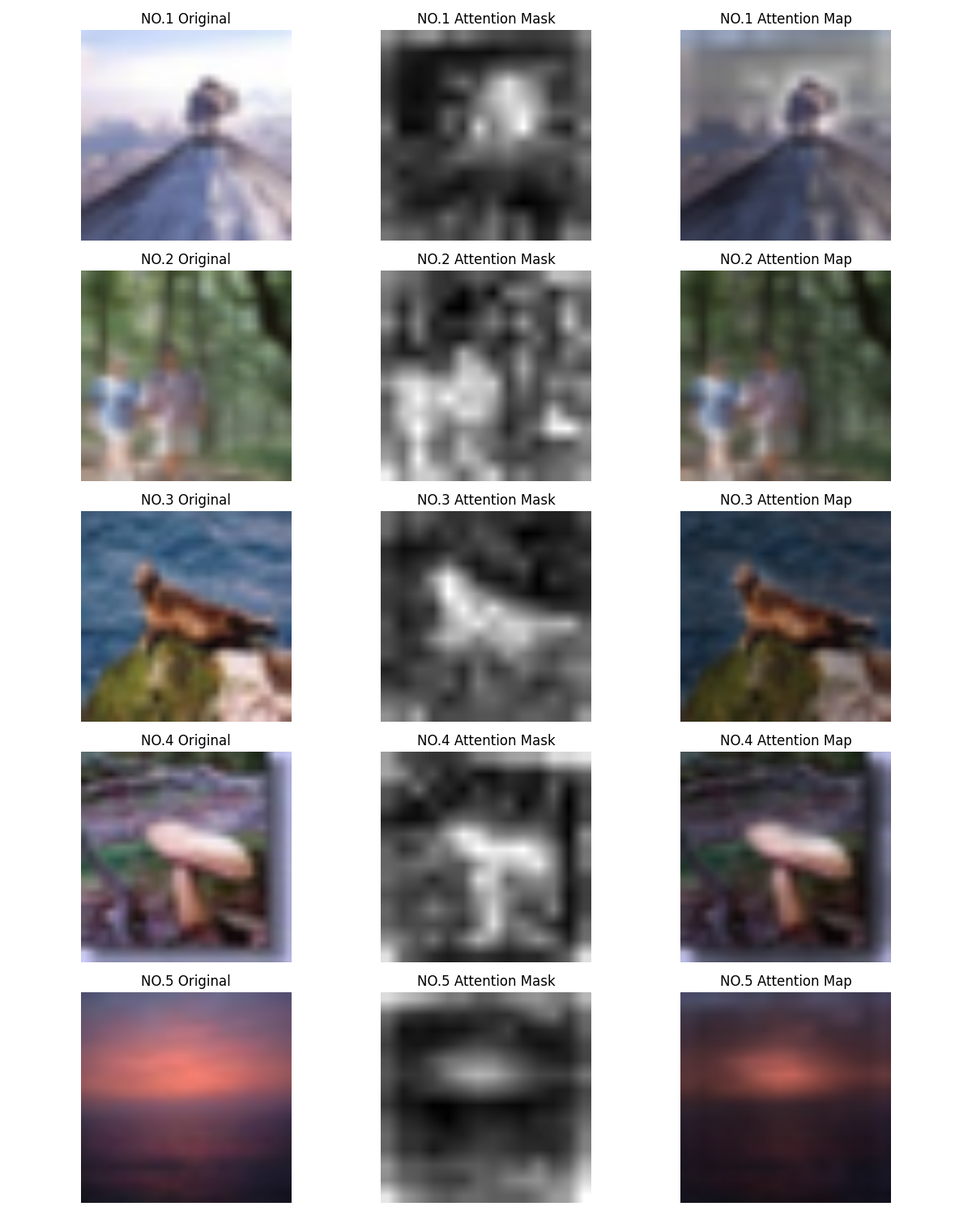
Repository: ginnux/vit
Script's output: python figure/visual.py
The author's editor kept a copy of each file at every save. The script's output is drawn from the files as they stood at one save, then again after the next save.
The pictures are shown at 81% of full size.
Random numbers start from a fixed seed. It also reads figure/visualize.pkl.

Above is the script's output before, as saved 2024-06-24 22:39:29.

After the next save:
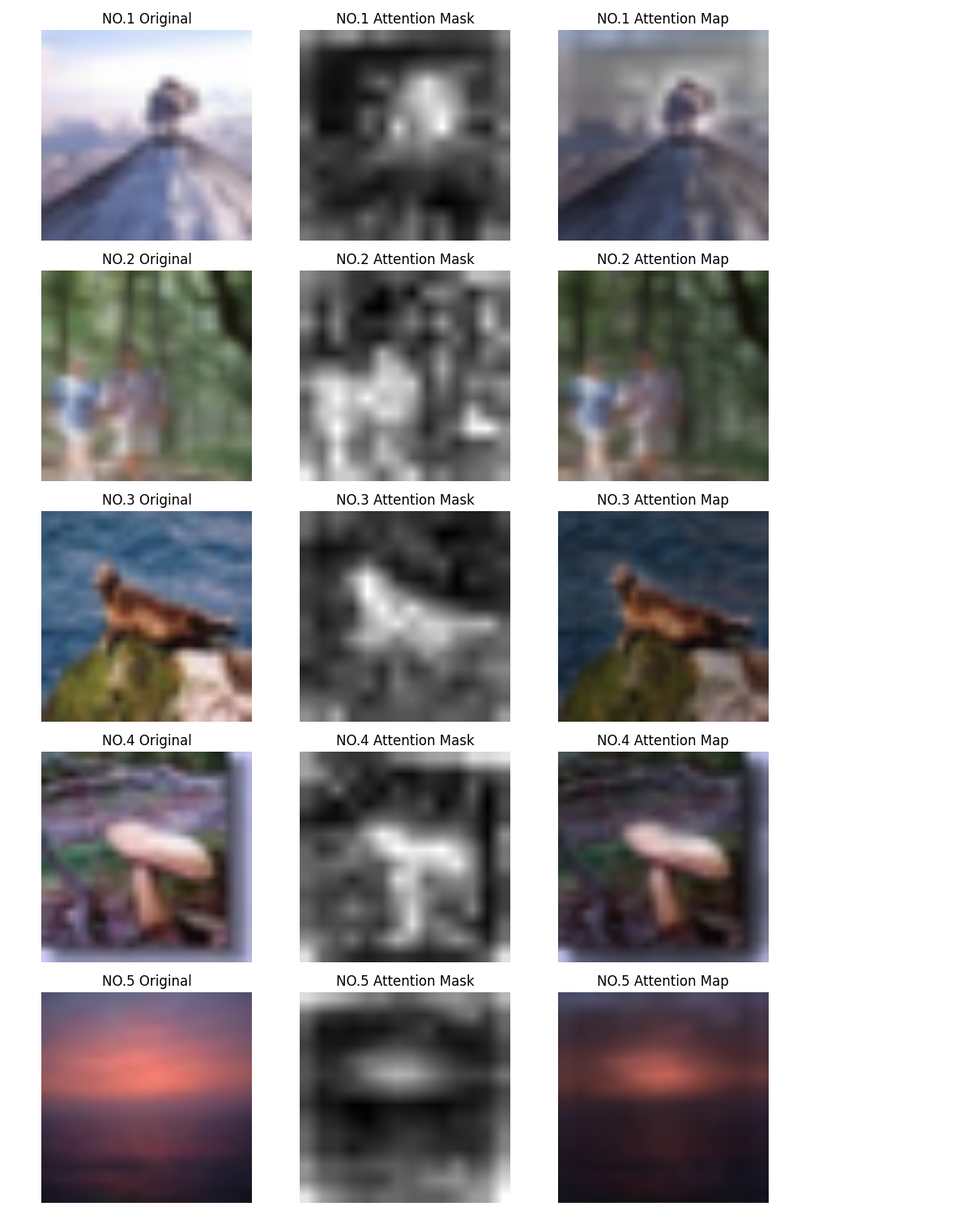
Saved 12 s later.
--- a/figure/visual.py
+++ b/figure/visual.py
@@ -13,7 +13,7 @@ plt.rcParams["font.size"] = 10
 plt.rcParams["font.family"] = "Times New Roman"
 num = len(im_list)
 
-plt.figure(figsize=(12, 3 * num))
+plt.figure(figsize=(10, 3 * num))
 
 for i in range(num):
     im = im_list[i]
